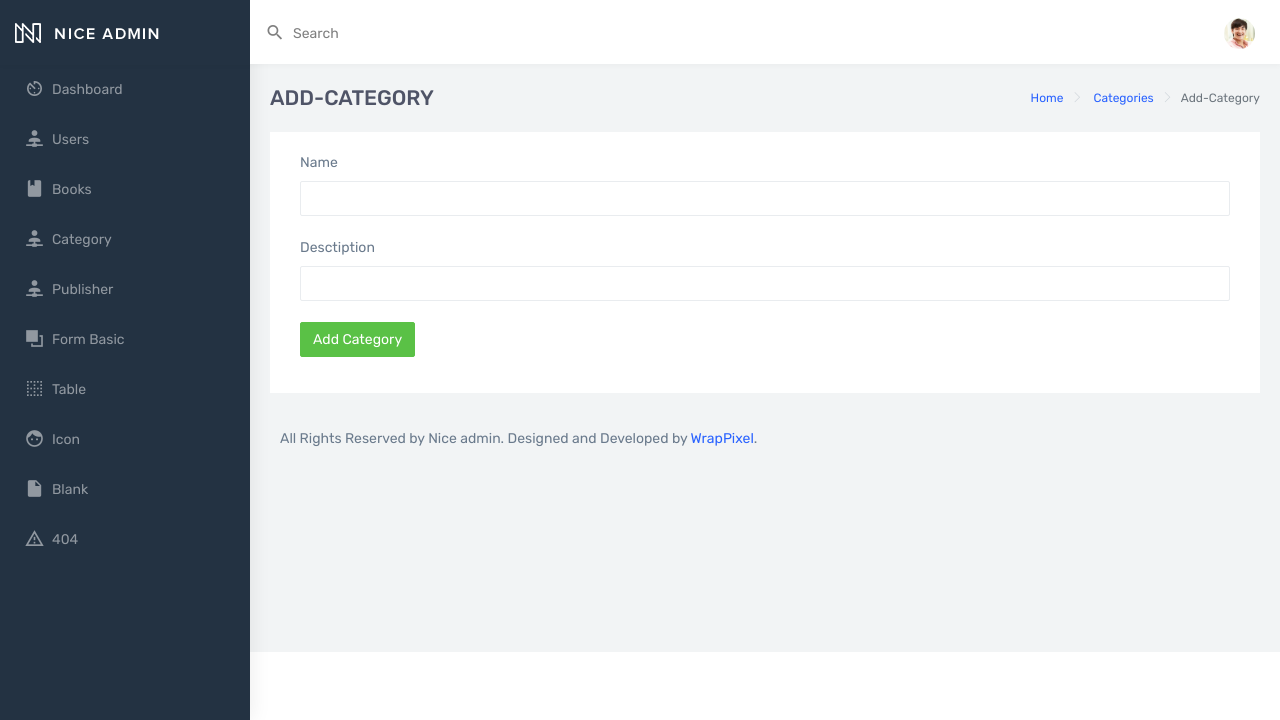
Repository: dev1xc/library-management-system
Page: http://localhost/admin/add-category
An editor plug-in stored every save of this project. The page is shown before and after the next save, followed by the edit.
The browser window is 1280 px wide. The pictures show the whole page.
The page is served by the project's Laravel application, run on PHP 8.4 with Laravel 10. The first stored user is signed in. The database holds what the project's SQL file puts in it.

Above is the page before, as saved 2024-02-08 02:41:27.
Console error: TypeError: Cannot read properties of null (reading 'querySelector')

After the next save:
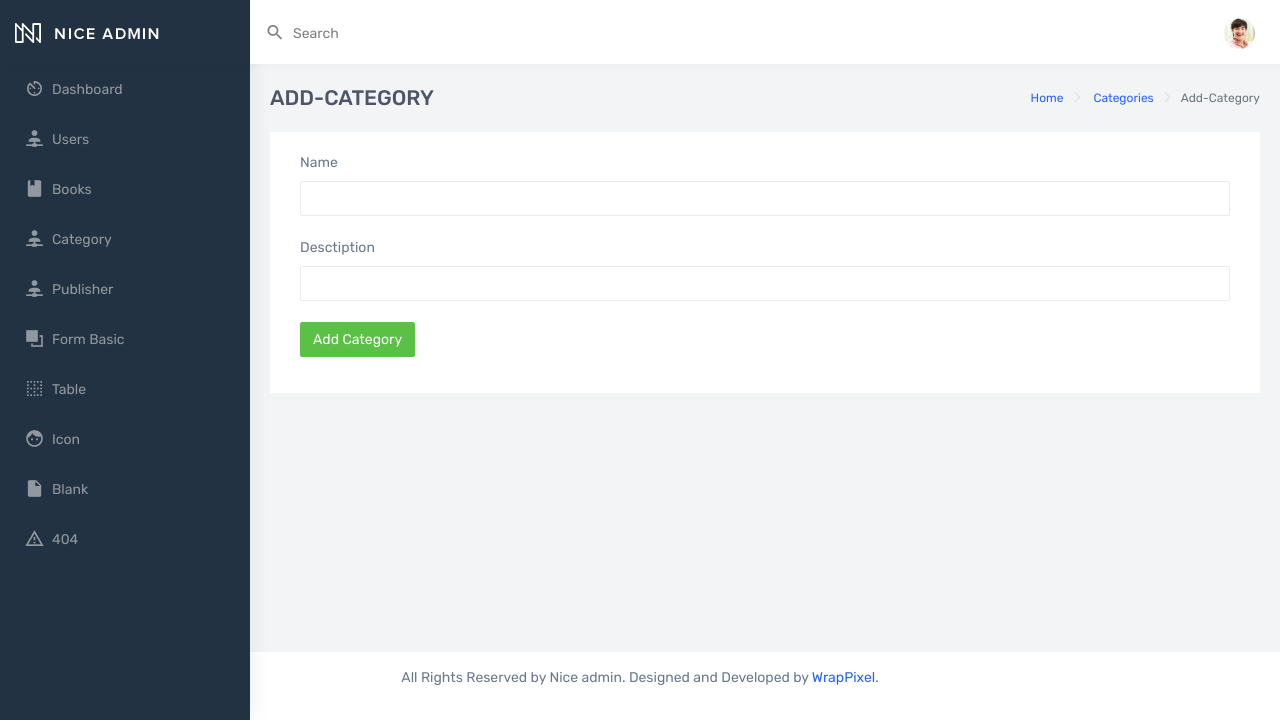
Saved 11 s later.
--- a/resources/views/admin/functions/category/add.blade.php
+++ b/resources/views/admin/functions/category/add.blade.php
@@ -75,4 +75,7 @@
       </form>
     </div>
   </div>
+</div>
+    </div>
+  </div>
 @endsection
